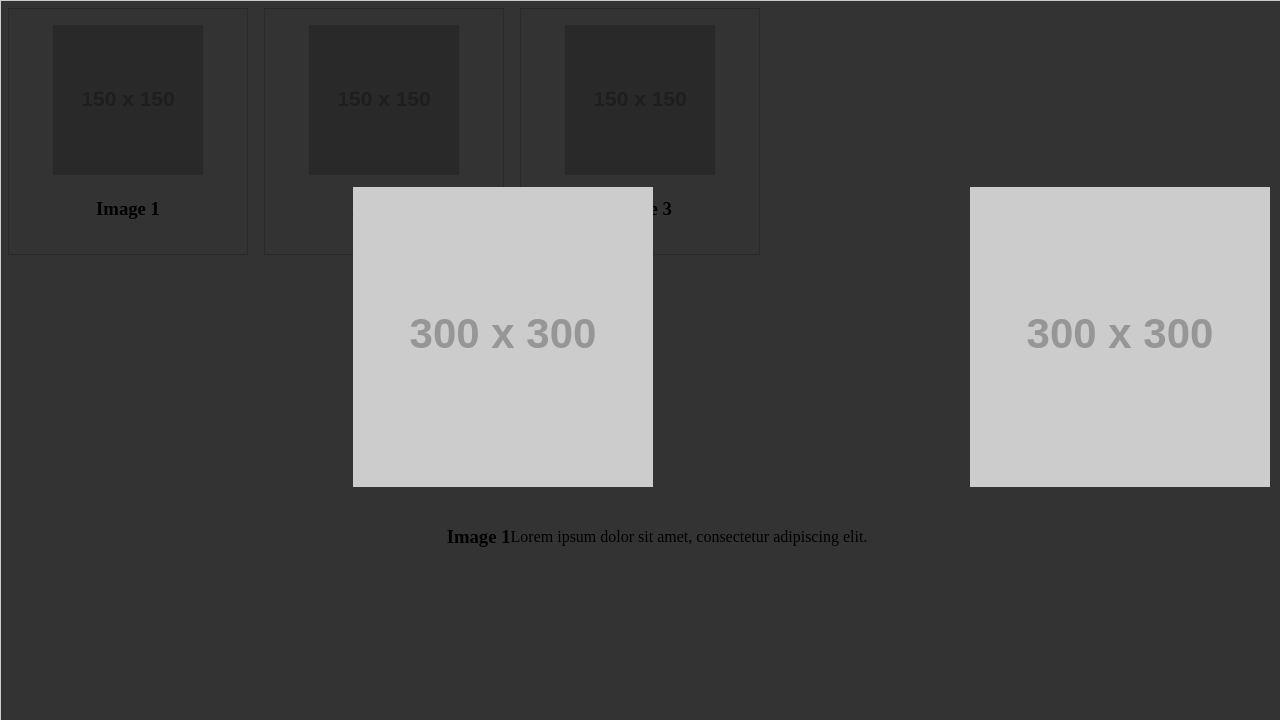
Repository: Jordybeer/wow
Page: /, after clicking the first element matching `div.card`
These files come from the project's save history. The page is drawn as it stood at one moment and after the next save; the edit follows.
The browser window is 1280 px wide. The pictures show the whole page.
The project was rebuilt for these pictures with package versions that can differ from the ones it lists, and the page was loaded fresh each time. The framework's server and built-in components were replaced by stand-ins that run in the browser.

Above is the page before, as saved 2023-09-18 09:41:16.

### pages/_app.tsx
// pages/_app.tsx
import '../styles/styles.css';

function MyApp({ Component, pageProps }) {
  return <Component {...pageProps} />;
}

export default MyApp;

### pages/index.tsx
// pages/index.tsx
import React, { useState } from 'react';
import CardGrid from '../components/CardGrid';
import ExpandedCard from '../components/ExpandedCard';

const Home = () => {
  const [selectedCard, setSelectedCard] = useState(null);

  return (
    <div>
      <CardGrid setSelectedCard={setSelectedCard} />
      {selectedCard && (
        <ExpandedCard data={selectedCard} setSelectedCard={setSelectedCard} />
      )}
    </div>
  );
};

export default Home;

### styles/styles.css
/* styles/styles.css */
.grid {
  display: grid;
  grid-template-columns: repeat(auto-fill, minmax(200px, 1fr));
  gap: 16px;
}

.card, .expanded-card {
  border: 1px solid #ccc;
  padding: 16px;
  text-align: center;
  transition: all 0.3s ease-in-out;
}

.expanded-card {
  position: fixed;
  top: 0;
  left: 0;
  width: 100%;
  height: 100%;
  background-color: rgba(0, 0, 0, 0.8);
  z-index: 1000;
  display: flex;
  flex-direction: column;
    background-color: rgba(0, 0, 0, 0.8);
  display: flex;
  align-items: center;
  justify-content: center;
}

.slideshow {
  width: 100%;
  height: 50%;
  overflow: hidden;
}

.description {
  padding: 16px;
}

/* styles/styles.css */
/* ...existing styles */


.top-half,
.bottom-half {
  flex: 1;
  display: flex;
  align-items: center;
  justify-content: center;
}

.carousel {
  flex: 3;
}

.thumbnails {
  flex: 1;
  overflow-x: auto;
  white-space: nowrap;
}

.thumbnails img {
  margin: 0 5px;
  cursor: pointer;
}

### components/CardGrid.tsx
// components/CardGrid.tsx
import React from 'react';
import Card from './Card';

const CardGrid = ({ setSelectedCard }) => {
  const data = [
    { img: 'https://via.placeholder.com/150', title: 'Image 1' },
    { img: 'https://via.placeholder.com/150', title: 'Image 2' },
    { img: 'https://via.placeholder.com/150', title: 'Image 3' },
    // ... more data
  ];

  return (
    <div className="grid">
      {data.map((item, index) => (
        <Card key={index} data={item} setSelectedCard={setSelectedCard} />
      ))}
    </div>
  );
};

export default CardGrid;

### components/ExpandedCard.tsx
// components/ExpandedCard.tsx
import React, { useState, useEffect } from 'react';
import { motion, AnimatePresence } from 'framer-motion';
import { Box, Divider } from '@chakra-ui/react';

const ExpandedCard = ({ data, setSelectedCard }) => {
  const [currentSlide, setCurrentSlide] = useState(0);
  const images = [
    'https://via.placeholder.com/300',
    'https://via.placeholder.com/300',
    'https://via.placeholder.com/300',
  ];

  useEffect(() => {
    const timer = setTimeout(() => {
      setCurrentSlide((prevSlide) => (prevSlide + 1) % images.length);
    }, 3000);
    return () => clearTimeout(timer);
  }, [currentSlide]);

  return (
    <AnimatePresence>
      <motion.div
        className="expanded-card"
        initial={{ opacity: 0 }}
        animate={{ opacity: 1 }}
        exit={{ opacity: 0 }}
      >
        <Box className="content-box">
          <div className="top-half">
            <motion.div
              className="carousel"
              drag="x"
              dragConstraints={{ left: 0, right: 0 }}
            >
              <img src={images[currentSlide]} alt={`Slide ${currentSlide + 1}`} />
            </motion.div>
            <div className="thumbnails">
              {images.map((img, index) => (
                <img
                  key={index}
                  src={img}
                  alt={`Thumbnail ${index + 1}`}
                  onClick={() => setCurrentSlide(index)}
                />
              ))}
            </div>
          </div>
          <Divider orientation="horizontal" />
          <div className="bottom-half">
            <h3>{data.title}</h3>
            <p>Lorem ipsum dolor sit amet, consectetur adipiscing elit.</p>
          </div>
        </Box>
      </motion.div>
    </AnimatePresence>
  );
};

export default ExpandedCard;

### components/Card.tsx
// components/Card.tsx
import { motion } from 'framer-motion';

const Card = ({ data, setSelectedCard }) => {
  return (
    <motion.div
      className="card"
      whileHover={{ scale: 1.1 }}
      whileTap={{ scale: 0.9 }}
      onClick={() => setSelectedCard(data)}
    >
      <img src={data.img} alt={data.title} />
      <h3>{data.title}</h3>
    </motion.div>
  );
};

export default Card;

After the next save:
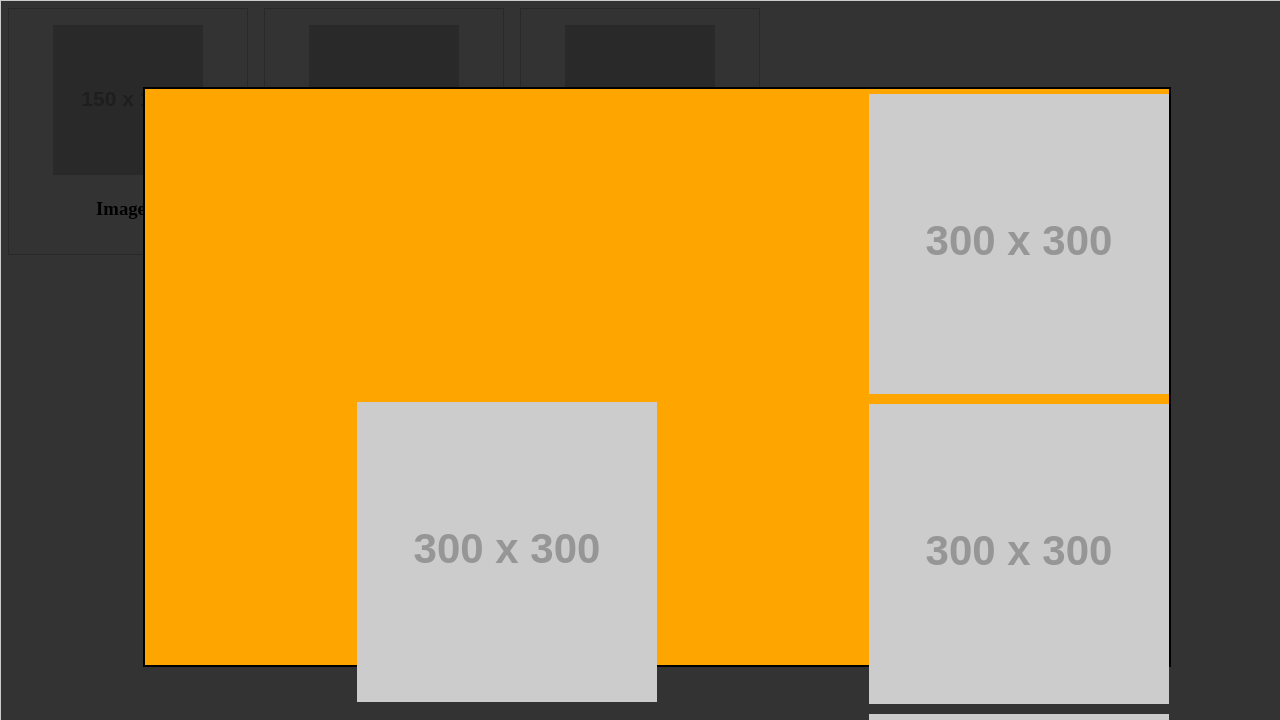
Saved 30 s later.
--- a/styles/styles.css
+++ b/styles/styles.css
@@ -42,6 +42,15 @@
 /* ...existing styles */
 
 
+.content-box {
+  background-color: orange;
+  border: 2px solid black;
+  width: 80%;
+  height: 80%;
+  display: flex;
+  flex-direction: column;
+}
+
 .top-half,
 .bottom-half {
   flex: 1;
@@ -56,11 +65,12 @@
 
 .thumbnails {
   flex: 1;
-  overflow-x: auto;
-  white-space: nowrap;
+  display: flex;
+  flex-direction: column;
+  align-items: center;
 }
 
 .thumbnails img {
-  margin: 0 5px;
+  margin: 5px 0;
   cursor: pointer;
 }
